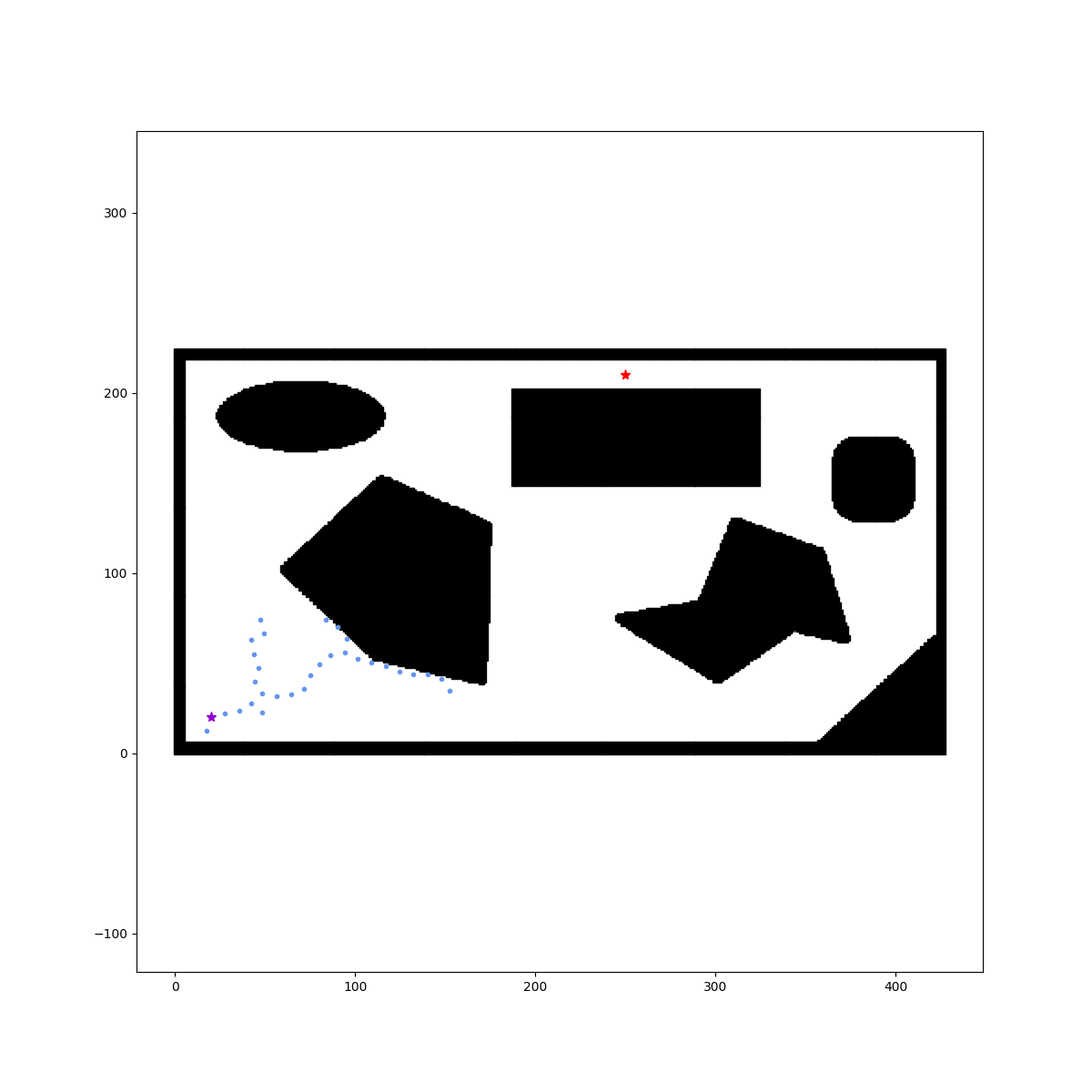
Repository: BaoL067/Pnc-Learning
Script's output: python sampling_based_planner/rrt_star.py
These files come from the project's save history. The script's output is drawn as it stood at one moment and after the next save; the edit follows.
The pictures are shown at 91% of full size.
Animations are shown at an early frame. Random numbers start from a fixed seed. It also reads sampling_based_planner/maps/map3.png.

Above is the script's output before, as saved 2024-10-06 17:43:51.

### sampling_based_planner/rrt_star.py
import math
import random

import sys
import matplotlib.pyplot as plt
import cv2
import pathlib
import numpy as np

SHOW_SAMPLING_PROCESS = True
random.seed(0)
class RRTStar:
    class Node:
        def __init__(self, x, y):
            # the position of node
            self.x = x
            self.y = y
            # the path between current node and its parent
            self.path_x = []
            self.path_y = []
            # the cost of node
            self.cost = 0
            # the parent of node
            self.parent = None

        def reset(self):
            self.path_x = []
            self.path_y = []
            self.parent = None


    def __init__(self,
                start,
                goal,
                x_rand_area,
                y_rand_area,
                obstacle_map = None,
                extend_dist = 10.0,
                path_resolution = 1.0,
                goal_sample_rate = 10,
                max_iter = 1000,
                near_nodes_dist_threshold = 30.0,
                search_until_max_iter = False):

        self.start = self.Node(start[0], start[1])
        self.end = self.Node(goal[0], goal[1])
        self.x_min_rand = x_rand_area[0]
        self.x_max_rand = x_rand_area[1]
        self.y_min_rand = y_rand_area[0]
        self.y_max_rand = y_rand_area[1]
        self.obstacle_map = obstacle_map
        self.extend_dist = extend_dist
        self.path_resolution = path_resolution
        self.goal_sample_rate = goal_sample_rate
        self.max_iter = max_iter

        self.near_nodes_dist_threshold = near_nodes_dist_threshold
        self.search_until_max_iter = search_until_max_iter

        self.goal_node = self.Node(goal[0], goal[1])
        self.node_list = []

    def planning(self):
        self.draw_start_and_goal()
        self.node_list = [self.start]

        for i in range(self.max_iter):
            # TODO: 1. generate random node within the x/y range
            random_node = self.generate_random_node()

            # TODO: 2. find the nearest node to random node in the tree
            nearest_node = min(self.node_list, key=lambda node: math.hypot(node.x - random_node.x, node.y - random_node.y))

            # TODO: 3. Steer the nearest_node to random with extend_dist
            dx = random_node.x - nearest_node.x
            dy = random_node.y - nearest_node.y
            d = math.hypot(dx, dy)
            if d >= self.extend_dist:
                new_node = self.Node(nearest_node.x + self.extend_dist * dx / d, nearest_node.y + self.extend_dist * dy / d)
                self.rewire(new_node, nearest_node)
            else:
                continue

            if self.check_collision_with_obs_map(new_node, self.obstacle_map):
                # RRT implementation
                self.node_list.append(new_node)
                # self.draw_node_and_edge(new_node)
                # RRT* implementation
                # TODO: 4. find nodes near the new_node, and choose the parent which maintains a minimum-cost from the start node
                near_nodes = [node for node in self.node_list if math.hypot(node.x - new_node.x, node.y - new_node.y) <= self.near_nodes_dist_threshold]
                collision_free_nodes = self.find_collision_free_node(new_node, near_nodes)
                optimal_node = min(collision_free_nodes, key=lambda node: node.cost + math.hypot(node.x - new_node.x, node.y - new_node.y))
                self.rewire(new_node, optimal_node)
                self.draw_node_and_edge(new_node)
                # # while near_nodes:
                # #     optimal_node = min(near_nodes, key=lambda node: node.cost + math.hypot(node.x - new_node.x, node.y - new_node.y))
                # #     near_nodes.remove(optimal_node)
                # #     self.rewire(new_node, optimal_node)
                # #     if not self.check_collision_with_obs_map(new_node, self.obstacle_map):
                # #         new_node.reset()
                # #         continue
                # #     else:
                # #         self.draw_node_and_edge(new_node)
                # #         break


                # # TODO: 5. rewire the tree and draw current node and the edge between it and its parent node
                # for near_node in near_nodes:
                #     if near_node.cost > new_node.cost + math.hypot(near_node.x - new_node.x, near_node.y - new_node.y):
                #         near_node.rewire(new_node)
                #         if not self.check_collision_with_obs_map(near_node, self.obstacle_map):
                #             near_node.reset()
                #             continue
                #         # self.draw_node_and_edge(near_node)
            else:
                new_node.reset()
                continue

            # TODO: 6. check if the tree has extended to the vicinity of the goal point, if so, select a suitable
            # node directly to connect to the goal, if the edge does not collide with obstacles, the search can
            # be finished, return the entire path which is extracted by backtracking.
            if ((not self.search_until_max_iter) and new_node):
                if (math.hypot(new_node.x - self.end.x, new_node.y - self.end.y) <= self.extend_dist):
                    self.rewire(self.end, new_node)
                    if self.check_collision_with_obs_map(self.end, self.obstacle_map):
                        return self.backtracking(len(self.node_list) - 1)
                    else:
                        self.end.reset()

        print("reach max iteration")
        # TODO: 7. reach max iteration, backtracking to extract the path between the last node and the start node
        return self.backtracking(len(self.node_list) - 1)

    def generate_random_node(self):
        if random.randint(0, 100) > self.goal_sample_rate:
            random_node = self.Node(random.uniform(self.x_min_rand, self.x_max_rand),
                                    random.uniform(self.y_min_rand, self.y_max_rand))
            return random_node
        else:  # select goal point
            return self.Node(self.end.x, self.end.y)

    def backtracking(self, goal_idx):
        """
            backtracking from last index to retrieve the entire path.
        """
        path = [[self.end.x, self.end.y]]
        node = self.node_list[goal_idx]
        while node.parent is not None:
            path.append([node.x, node.y])
            node = node.parent
        path.append([node.x, node.y])

        return path

    def check_collision_with_obs_map(self, node, obstacle_map):
        if node is None or obstacle_map[round(node.x)][round(node.y)] == True:
            return False

        for x, y in zip(node.path_x, node.path_y):
            if (obstacle_map[round(x)][round(y)] == True):
                return False  # collision

        return True  # safe

    def draw_start_and_goal(self):
        plt.plot(self.start.x, self.start.y, marker='*', color='darkviolet', markersize=8, zorder=100000)
        plt.plot(self.end.x, self.end.y, marker='*', color='r', markersize=8, zorder=100000)

    def draw_node_and_edge(self, node):
        # for stopping simulation with the esc key.
        plt.gcf().canvas.mpl_connect('key_release_event',
                                    lambda event: [exit(0) if event.key == 'escape' else None])
        plt.plot(node.x, node.y, '.', color='cornflowerblue')
        if node.parent:
            plt.plot(node.path_x, node.path_y, '-', color='lightpink')
        if (SHOW_SAMPLING_PROCESS):
            plt.pause(0.00000001)

    def generate_path(self, node):
        dx = node.x - node.parent.x
        dy = node.y - node.parent.y
        d = math.hypot(dx, dy)

        steps = int(round(d / self.path_resolution))

        path_x = np.linspace(node.parent.x, node.x, steps).tolist()
        path_y = np.linspace(node.parent.y, node.y, steps).tolist()

        return path_x, path_y

    def rewire(self, node, new_parent):
        node.parent = new_parent
        node.path_x, node.path_y = self.generate_path(node)
        node.cost = new_parent.cost + math.hypot(node.x - new_parent.x, node.y - new_parent.y)

    def find_collision_free_node(self, new_node, near_nodes):
        collision_free_nodes = []
        for near_node in near_nodes:
            temp_node = self.Node(near_node.x, near_node.y)
            self.rewire(temp_node, new_node)
            if self.check_collision_with_obs_map(temp_node, self.obstacle_map):
                collision_free_nodes.append(temp_node)
        return collision_free_nodes

def preprocess_image(image, threshold):
    # convert to gray image
    gray_img = cv2.cvtColor(image, cv2.COLOR_RGB2GRAY)
    # binarization
    _, binary_img = cv2.threshold(gray_img, threshold, 255, cv2.THRESH_BINARY)
    return binary_img

def extract_obstacle_list_from_img(binary_img):
    obstacle_x_list = []
    obstacle_y_list = []
    # get the size of binary image
    rows, cols = binary_img.shape[:2]

    for i in range(rows):
        for j in range(cols):
            if binary_img[i, j] == 0:
                # convert image frame to world frame
                obstacle_x_list.append(j)
                obstacle_y_list.append(rows - i - 1)

    return obstacle_x_list, obstacle_y_list

def extract_obstacle_map_list_from_img(binary_img):
    # get the size of binary image
    img_rows, img_cols = binary_img.shape[:2]

    # convert image frame to world frame
    map_x_size = img_cols
    map_y_size = img_rows

    # construct obstacle map
    obstacle_map = [[False for y in range(map_y_size)] for x in range(map_x_size)]

    for x in range(map_x_size):
        for y in range(map_y_size):
            if binary_img[map_y_size - y - 1, x] == 0:
                obstacle_map[x][y] = True

    return obstacle_map

def main():
    # read image map
    image = cv2.imread(str(pathlib.Path.cwd()) + "\sampling_based_planner\maps\map3.png")
    # transform to binary image
    binary_img = preprocess_image(image, 127)
    # extract obstacle map from image
    obstacle_map = extract_obstacle_map_list_from_img(binary_img)

    x_size = len(obstacle_map)
    y_size = len(obstacle_map[0])

    obs_x_list, obs_y_list = [], []
    for x in range(len(obstacle_map)):
        for y in range(len(obstacle_map[0])):
            if obstacle_map[x][y] == True:
                obs_x_list.append(x)
                obs_y_list.append(y)

    plt.figure(figsize=(12, 12))
    plt.axis("equal")
    plt.plot(obs_x_list, obs_y_list, 'sk', markersize=2)

    rrt_star = RRTStar(
        start=[20, 20],
        goal=[250, 210],
        x_rand_area=[0, len(obstacle_map)],
        y_rand_area=[0, len(obstacle_map[0])],
        obstacle_map=obstacle_map,
        extend_dist=8.0,
        max_iter=3000,
        near_nodes_dist_threshold=30.0,
        search_until_max_iter=False)

    path = rrt_star.planning()
    path_nodes_num = len(path)

    if path is None:
        print("Cannot find path")
    else:
        print("Find path!")

    # draw final path
    plt.plot([x for (x, y) in path], [y for (x, y) in path], '-', linewidth=2.0, color='palegreen')
    plt.title(f"Path Nodes Num: {path_nodes_num}")
    plt.show()

if __name__ == '__main__':
    main()

After the next save:
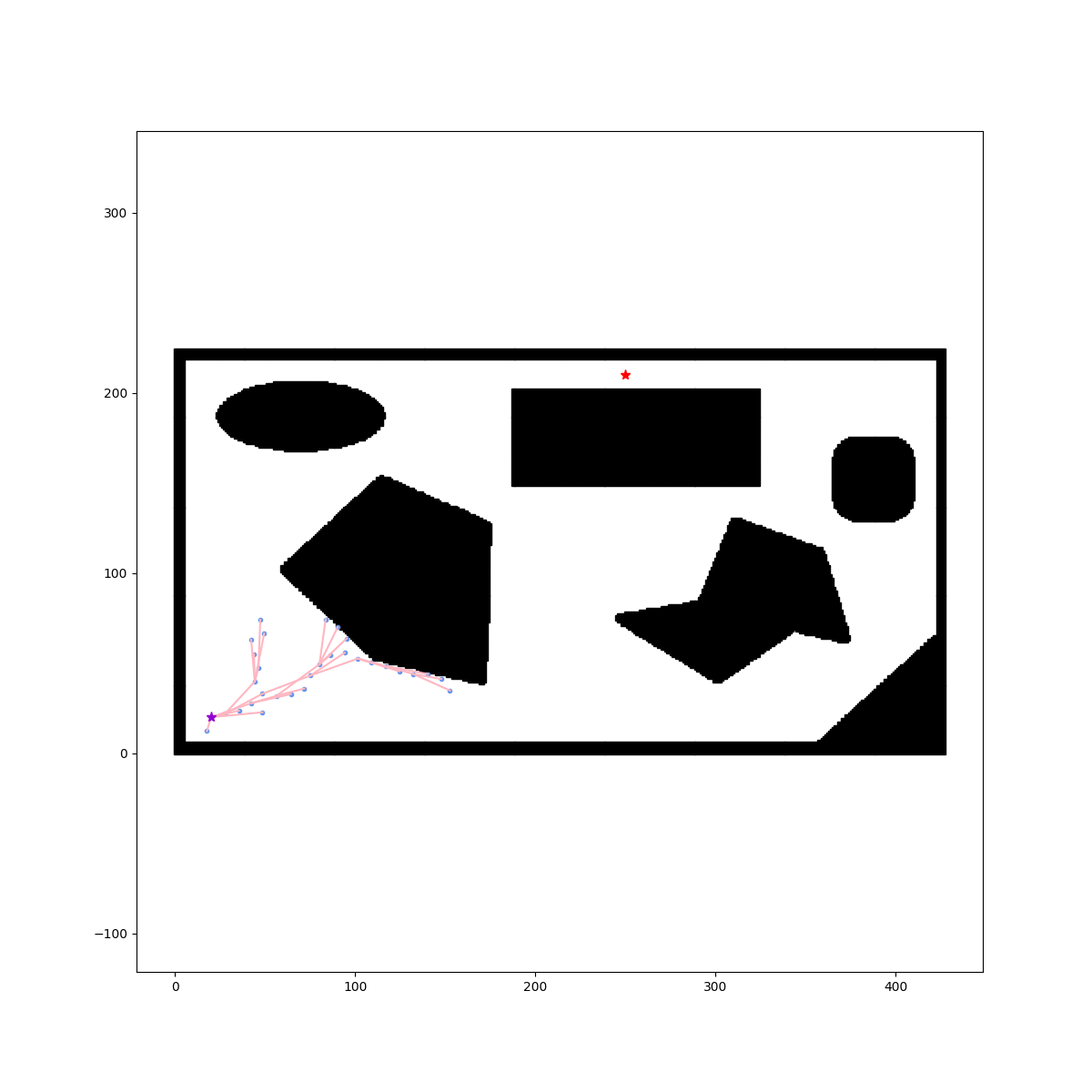
Saved 38 s later.
--- a/sampling_based_planner/rrt_star.py
+++ b/sampling_based_planner/rrt_star.py
@@ -199,7 +199,7 @@ class RRTStar:
             temp_node = self.Node(near_node.x, near_node.y)
             self.rewire(temp_node, new_node)
             if self.check_collision_with_obs_map(temp_node, self.obstacle_map):
-                collision_free_nodes.append(temp_node)
+                collision_free_nodes.append(near_node)
         return collision_free_nodes
 
 def preprocess_image(image, threshold):
